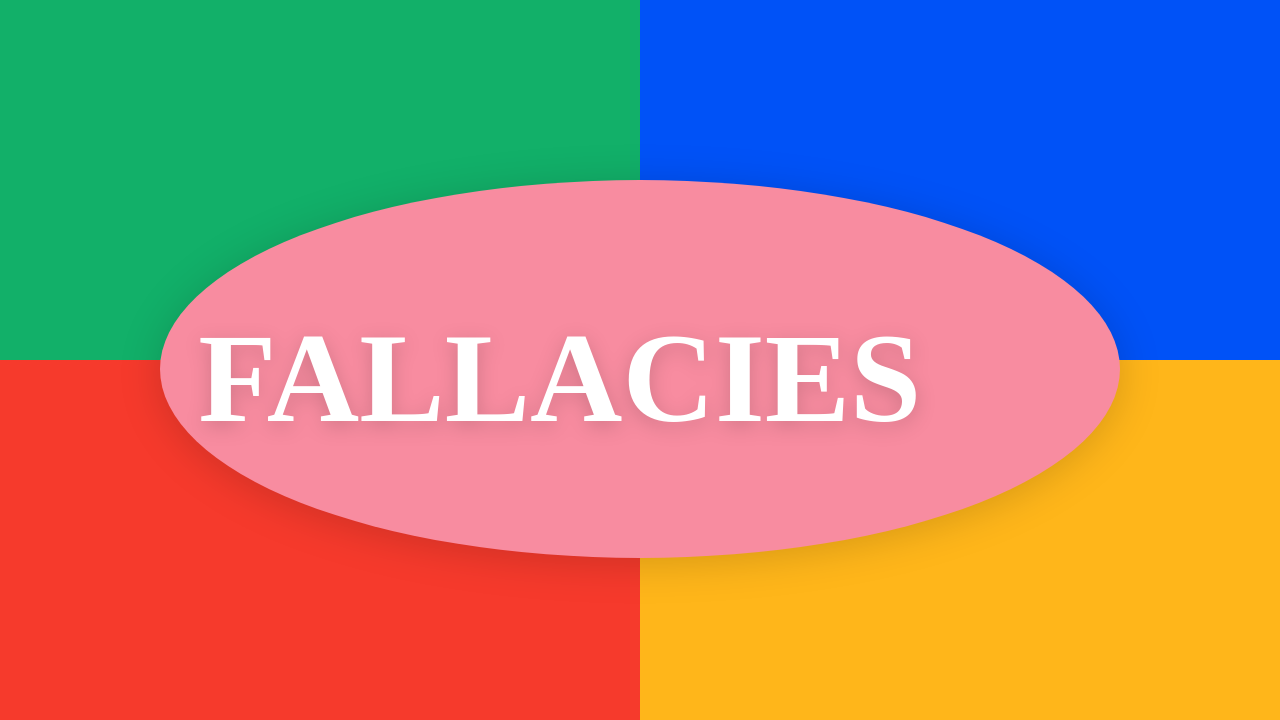
Repository: yafugray/fallacies
Page: project/Midterm project/index.html
An editor plug-in stored every save of this project. The page is shown before and after the next save, followed by the edit.
The browser window is 1280 px wide. The pictures show the whole page.

Above is the page before, as saved 2020-03-12 15:45:15.

### project/Midterm project/index.html
<!DOCTYPE html>
<html lang="en">
<head>
    <meta charset="UTF-8">
    <meta name="viewport" content="width=device-width, initial-scale=1.0">
    <title>Fallacies</title>
    <link href="app.css" rel="stylesheet">
</head>
<body>
    <div id="Mainpage">
        <div id="rec1"></div>
        <div id="rec2"></div>
        <div id="rec3"></div>
        <div id="rec4"></div>
        <div id="group1">
            <svg class="ellipse">
                <ellipse fill="rgba(248,140,160,1)" id="Ellipse_8" rx="75%" ry="75%" cx="50%" cy="75%">
                </ellipse>
            </svg>
            <div id="fallacies">
                <span>FALLACIES</span>
            </div>
        </div>
    </div>
</body>
</html>

### project/Midterm project/app.css
* {
    margin: 0;
    padding: 0;
    box-sizing: border-box;
    border: none;
}

#Mainpage {
    position: absolute;
    width: 100vw;
    height: 100vh;
    background-color: azure;
    overflow: hidden;
}
@keyframes fadein {

    0% {
        opacity: 0;
    }
    100% {
        opacity: 1;
    }

}

#rec1 {
	position: absolute;
	overflow: visible;
	width: 50vw;
	height: 50vh;
	left: 0px;
    top: 0px;
    background-color: rgba(18,176,105,1);
}
#rec4 {
	position: absolute;
	overflow: visible;
	width: 50vw;
	height: 50vh;
	left: 0px;
    bottom: 0px;
    background-color: rgba(246,58,44,1);
}
#rec2 {
	position: absolute;
	overflow: visible;
	width: 50vw;
	height: 50vh;
	right: 0px;
    top: 0px;
    background-color: rgba(0,82,247,1);
}
#rec3 {
	position: absolute;
	overflow: visible;
	width: 50vw;
	height: 50vh;
	right: 0px;
    bottom: 0px;
    background-color: rgba(255,182,26,1);
}

#group1 {
    position: absolute;
	width: 70vw;
	/* height: 35vh; */
    left: 25%;
    right: 25%;
    top: 25%;
    bottom: 25%;
	overflow: visible;
	--web-animation: fadein 0.3s ease-out;
	--web-action-type: page;
	--web-action-target: custom___2.html;
	cursor: pointer;
}

.ellipse {
    filter: drop-shadow(0px 5px 20px rgba(0, 0, 0, 0.161));
	position: absolute;
	overflow: visible;
	width: 50vw;
	height: 35vh;
    left: 0px;
    right:0px;
    top: 0px;
    bottom: 0px;
}

#fallacies {
    filter: drop-shadow(0px 5px 10px rgba(0, 0, 0, 0.161));
    font-family: TitlingGothicFB Narrow;
    font-style: normal;
    font-weight: bold;
    font-size: 8em;
    width: 50vw;
    padding: 5px 10px;
	color: white;
	text-align: center;
	position: relative;
	top: 55%;
	left: 21%;
    transform: translate( -50%, -50% );

}

After the next save:
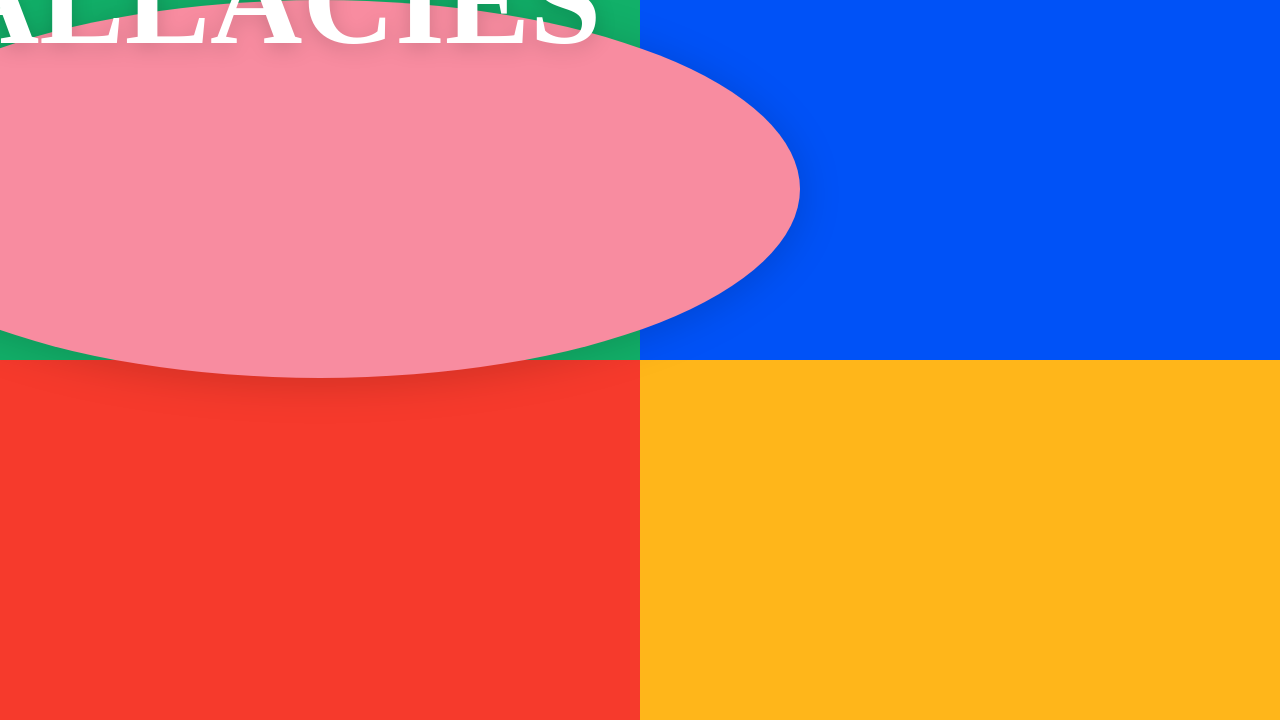
Saved 3 h 26 min later.
--- a/project/Midterm project/app.css
+++ b/project/Midterm project/app.css
@@ -61,13 +61,13 @@
 }
 
 #group1 {
-    position: absolute;
+    position: relative;
 	width: 70vw;
 	/* height: 35vh; */
-    left: 25%;
+    /* left: 25%;
     right: 25%;
     top: 25%;
-    bottom: 25%;
+    bottom: 25%; */
 	overflow: visible;
 	--web-animation: fadein 0.3s ease-out;
 	--web-action-type: page;
